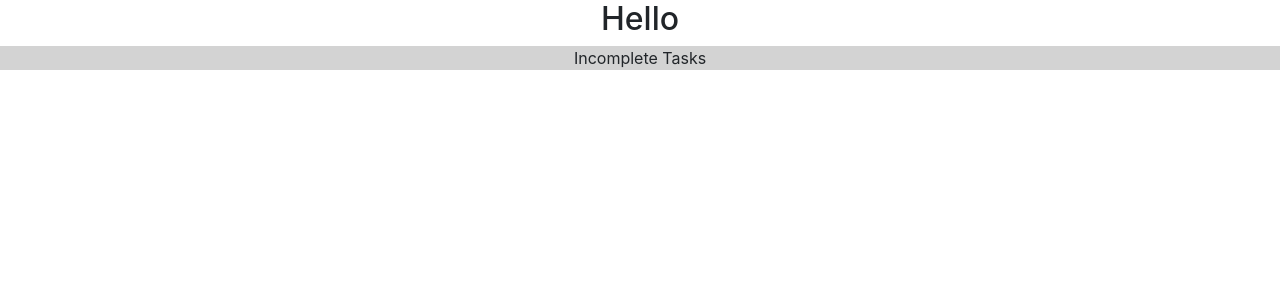
Repository: Sharif-00112/dashboard-task-frontend
Page: /
An editor plug-in stored every save of this project. The page is shown before and after the next save, followed by the edit.
The browser window is 1280 px wide. The pictures show the whole page.
The project was rebuilt for these pictures with package versions that can differ from the ones it lists, and the page was loaded fresh each time.

Above is the page before, as saved 2023-01-27 23:14:52.

### src/index.js
import React from 'react';
import 'bootstrap/dist/css/bootstrap.css';
import ReactDOM from 'react-dom/client';
import './index.css';
import App from './App';
import reportWebVitals from './reportWebVitals';

const root = ReactDOM.createRoot(document.getElementById('root'));
root.render(
  <React.StrictMode>
    <App />
  </React.StrictMode>
);

// If you want to start measuring performance in your app, pass a function
// to log results (for example: reportWebVitals(console.log))
// or send to an analytics endpoint. Learn more: https://bit.ly/CRA-vitals
reportWebVitals();

### src/App.js
import './App.css';
import Incomplete from './Components/Incomplete';

function App() {
  return (
    <div className="App">

      <h2>Hello</h2>
      <Incomplete></Incomplete>
    </div>
  );
}

export default App;

### src/Components/Incomplete.js
import React, { useState } from 'react';
import { useEffect } from 'react';
import './styles.css';

const Incomplete = () => {
    const [tasks, setTasks] = useState([]);
    useEffect( ()=> {
        fetch('./tasks.JSON')
        .then(res => res.json())
        .then(data => setTasks(data))
    } ,[])
    return (
        <div className='background'>
            Incomplete Tasks
            {
                console.log(tasks)
            }
        </div>
    );
};

export default Incomplete;

### src/Components/styles.css
.background{
    background-color: lightgray;
}

### public/tasks.JSON
[
    {
      "clientName": "Client Name",
      "clientImg": "clientIMG.jpg",
      "supervisorName": "Sadik Istiak",
      "supervisorImg": "supervisorIMG.jpg",
      "taskSummary": "Lorem ipsum dolor sit amet consectetur adipisicing elit. Pariatur velit nemo accusamus. Dolorum, doloribus quisquam unde repellat iusto voluptatum quasi?",
      "progress": "1/2",
      "staff1Img": "staff1.jpg",
      "staff2Img": "staff2.jpg",
      "modules": 12,
      "message": 15,
      "attachment": 25,
      "date": "30-12-2022"
    },
    {
      "clientName": "Client Name",
      "clientImg": "clientIMG.jpg",
      "supervisorName": "Sadik Istiak",
      "supervisorImg": "supervisorIMG.jpg",
      "taskSummary": "Lorem ipsum dolor sit amet consectetur adipisicing elit. Pariatur velit nemo accusamus. Dolorum, doloribus quisquam unde repellat iusto voluptatum quasi?",
      "progress": "1/2",
      "staff1Img": "staff1.jpg",
      "staff2Img": "staff2.jpg",
      "modules": 12,
      "message": 15,
      "attachment": 25,
      "date": "30-12-2022"
    },
    {
      "clientName": "Client Name",
      "clientImg": "clientIMG.jpg",
      "supervisorName": "Sadik Istiak",
      "supervisorImg": "supervisorIMG.jpg",
      "taskSummary": "Lorem ipsum dolor sit amet consectetur adipisicing elit. Pariatur velit nemo accusamus. Dolorum, doloribus quisquam unde repellat iusto voluptatum quasi?",
      "progress": "1/2",
      "staff1Img": "staff1.jpg",
      "staff2Img": "staff2.jpg",
      "modules": 12,
      "message": 15,
      "attachment": 25,
      "date": "30-12-2022"
    },
    {
      "clientName": "Client Name",
      "clientImg": "clientIMG.jpg",
      "supervisorName": "Sadik Istiak",
      "supervisorImg": "supervisorIMG.jpg",
      "taskSummary": "Lorem ipsum dolor sit amet consectetur adipisicing elit. Pariatur velit nemo accusamus. Dolorum, doloribus quisquam unde repellat iusto voluptatum quasi?",
      "progress": "1/2",
      "staff1Img": "staff1.jpg",
      "staff2Img": "staff2.jpg",
      "modules": 12,
      "message": 15,
      "attachment": 25,
      "date": "30-12-2022"
    },
    {
      "clientName": "Client Name",
      "clientImg": "clientIMG.jpg",
      "supervisorName": "Sadik Istiak",
      "supervisorImg": "supervisorIMG.jpg",
      "taskSummary": "Lorem ipsum dolor sit amet consectetur adipisicing elit. Pariatur velit nemo accusamus. Dolorum, doloribus quisquam unde repellat iusto voluptatum quasi?",
      "progress": "1/2",
      "staff1Img": "staff1.jpg",
      "staff2Img": "staff2.jpg",
      "modules": 12,
      "message": 15,
      "attachment": 25,
      "date": "30-12-2022"
    },
    {
      "clientName": "Client Name",
      "clientImg": "clientIMG.jpg",
      "supervisorName": "Sadik Istiak",
      "supervisorImg": "supervisorIMG.jpg",
      "taskSummary": "Lorem ipsum dolor sit amet consectetur adipisicing elit. Pariatur velit nemo accusamus. Dolorum, doloribus quisquam unde repellat iusto voluptatum quasi?",
      "progress": "1/2",
      "staff1Img": "staff1.jpg",
      "staff2Img": "staff2.jpg",
      "modules": 12,
      "message": 15,
      "attachment": 25,
      "date": "30-12-2022"
    },
    {
      "clientName": "Client Name",
      "clientImg": "clientIMG.jpg",
      "supervisorName": "Sadik Istiak",
      "supervisorImg": "supervisorIMG.jpg",
      "taskSummary": "Lorem ipsum dolor sit amet consectetur adipisicing elit. Pariatur velit nemo accusamus. Dolorum, doloribus quisquam unde repellat iusto voluptatum quasi?",
      "progress": "1/2",
      "staff1Img": "staff1.jpg",
      "staff2Img": "staff2.jpg",
      "modules": 12,
      "message": 15,
      "attachment": 25,
      "date": "30-12-2022"
    },
    {
      "clientName": "Client Name",
      "clientImg": "clientIMG.jpg",
      "supervisorName": "Sadik Istiak",
      "supervisorImg": "supervisorIMG.jpg",
      "taskSummary": "Lorem ipsum dolor sit amet consectetur adipisicing elit. Pariatur velit nemo accusamus. Dolorum, doloribus quisquam unde repellat iusto voluptatum quasi?",
      "progress": "1/2",
      "staff1Img": "staff1.jpg",
      "staff2Img": "staff2.jpg",
      "modules": 12,
      "message": 15,
      "attachment": 25,
      "date": "30-12-2022"
    },
    {
      "clientName": "Client Name",
      "clientImg": "clientIMG.jpg",
      "supervisorName": "Sadik Istiak",
      "supervisorImg": "supervisorIMG.jpg",
      "taskSummary": "Lorem ipsum dolor sit amet consectetur adipisicing elit. Pariatur velit nemo accusamus. Dolorum, doloribus quisquam unde repellat iusto voluptatum quasi?",
      "progress": "1/2",
      "staff1Img": "staff1.jpg",
      "staff2Img": "staff2.jpg",
      "modules": 12,
      "message": 15,
      "attachment": 25,
      "date": "30-12-2022"
    },
    {
      "clientName": "Client Name",
      "clientImg": "clientIMG.jpg",
      "supervisorName": "Sadik Istiak",
      "supervisorImg": "supervisorIMG.jpg",
      "taskSummary": "Lorem ipsum dolor sit amet consectetur adipisicing elit. Pariatur velit nemo accusamus. Dolorum, doloribus quisquam unde repellat iusto voluptatum quasi?",
      "progress": "1/2",
      "staff1Img": "staff1.jpg",
      "staff2Img": "staff2.jpg",
      "modules": 12,
      "message": 15,
      "attachment": 25,
      "date": "30-12-2022"
    }
]

Loaded but not shown: public/index.html (common file); src/index.css (common file); src/reportWebVitals.js (common file); src/App.css (common file)

After the next save:
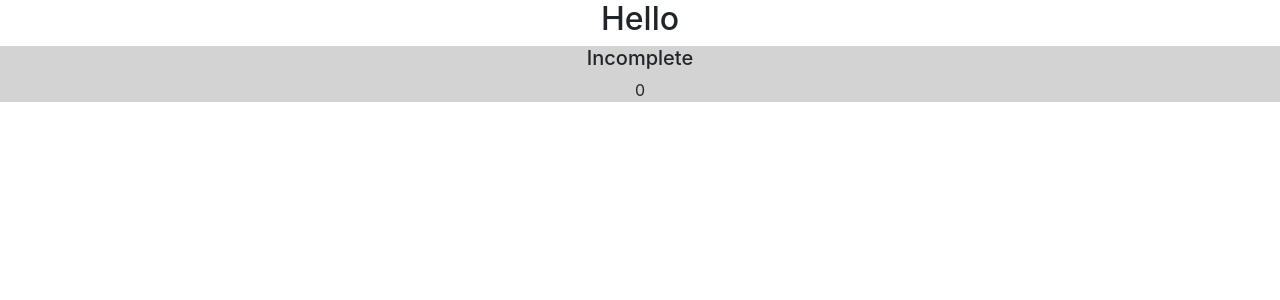
Saved 2 min 3 s later.
--- a/src/Components/Incomplete.js
+++ b/src/Components/Incomplete.js
@@ -11,10 +11,11 @@ const Incomplete = () => {
     } ,[])
     return (
         <div className='background'>
-            Incomplete Tasks
-            {
-                console.log(tasks)
-            }
+            <div className="">
+                <h5>Incomplete</h5>
+                <p>0</p>
+            </div>
+            <div className=""></div>
         </div>
     );
 };
